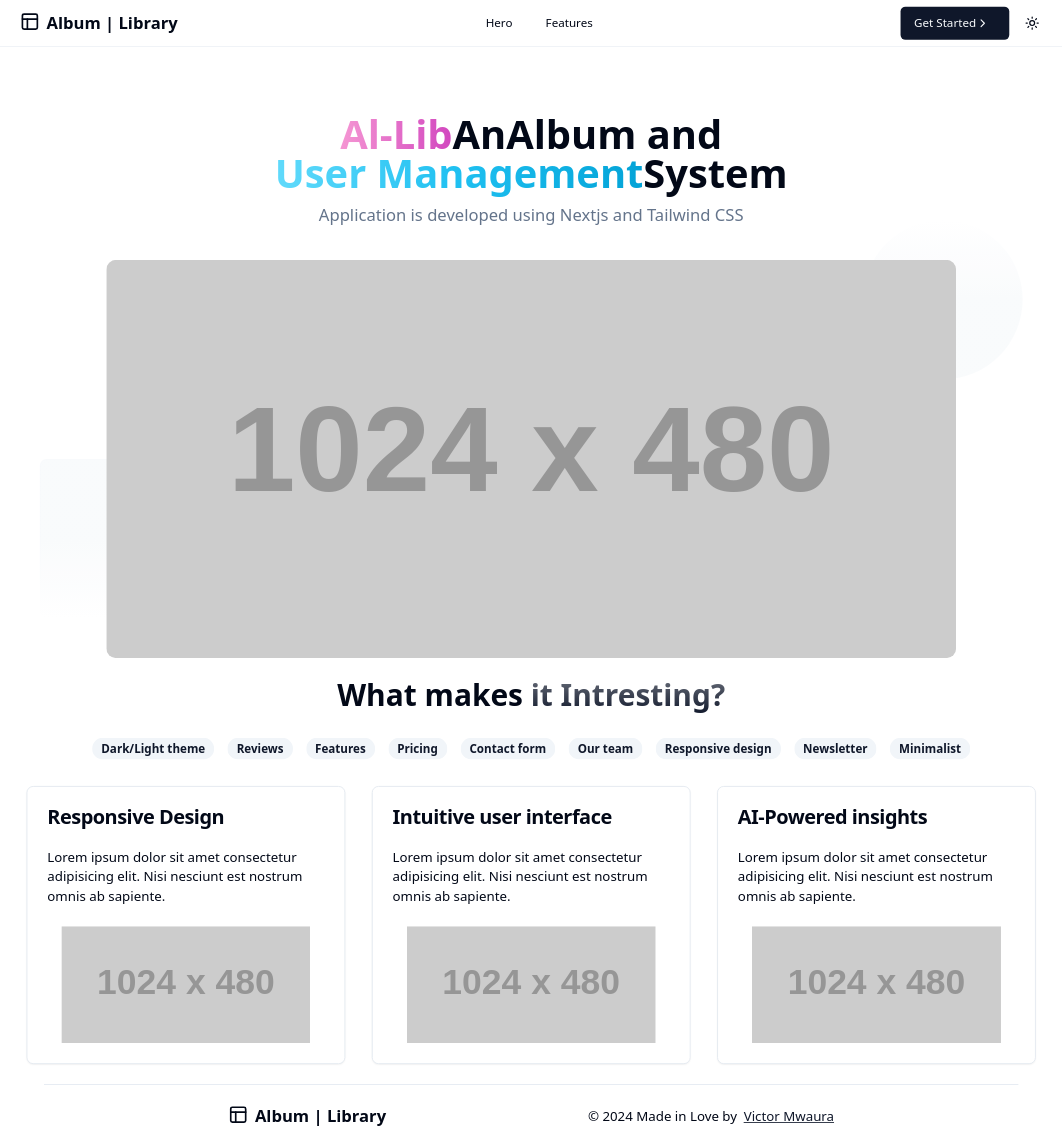
Repository: DevLaukey/savannah-informatics-test
Page: /
The author's editor kept a copy of each file at every save. The page is drawn from the files as they stood at one save, then again after the next save.
The browser window is 1280 px wide. The pictures show the whole page, at 83% of full size.
The page's requests for data from a server got no answer. The project was rebuilt for these pictures with package versions that can differ from the ones it lists, and the page was loaded fresh each time. Some packages were replaced by stand-ins written for this rebuild. The framework's server and built-in components were replaced by stand-ins that run in the browser. No one was signed in, and anything a server would have sent is missing. Also part of the build but not shown: next.config.mjs.

Above is the page before, as saved 2024-06-05 09:39:25.

After the next save:
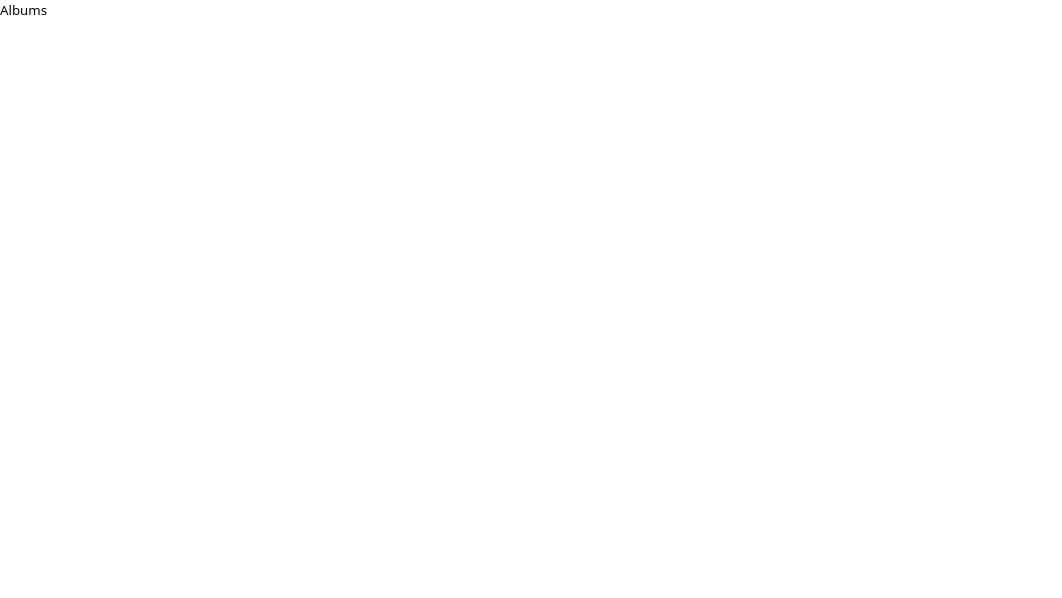
Saved 3 s later.
--- a/app/page.jsx
+++ b/app/page.jsx
@@ -1,3 +1,4 @@
+import Albums from "@/components/Albums/Albums";
 import Footer from "@/components/Footer";
 import About from "@/components/landing-page/About";
 import Hero from "@/components/landing-page/Hero";
@@ -12,13 +13,21 @@ export default async function Home() {
     const user = await getUser();
 
   return (
-    <>
-      <Navbar />
-      <Hero />
-      <About />
-      <Footer />
-      <ScrollToTop />
-    </>
-
+    // check if the user is empty
+    // if the user is empty, show the landing page
+    // if the user is not empty, show the dashboard
+    <div>
+      {user ? (
+        <>
+          <Navbar />
+          <Hero />
+          <About />
+          <Footer />
+          <ScrollToTop />
+        </>
+      ) : (
+        <Albums />
+      )}
+    </div>
   );
 }

After the save that followed:
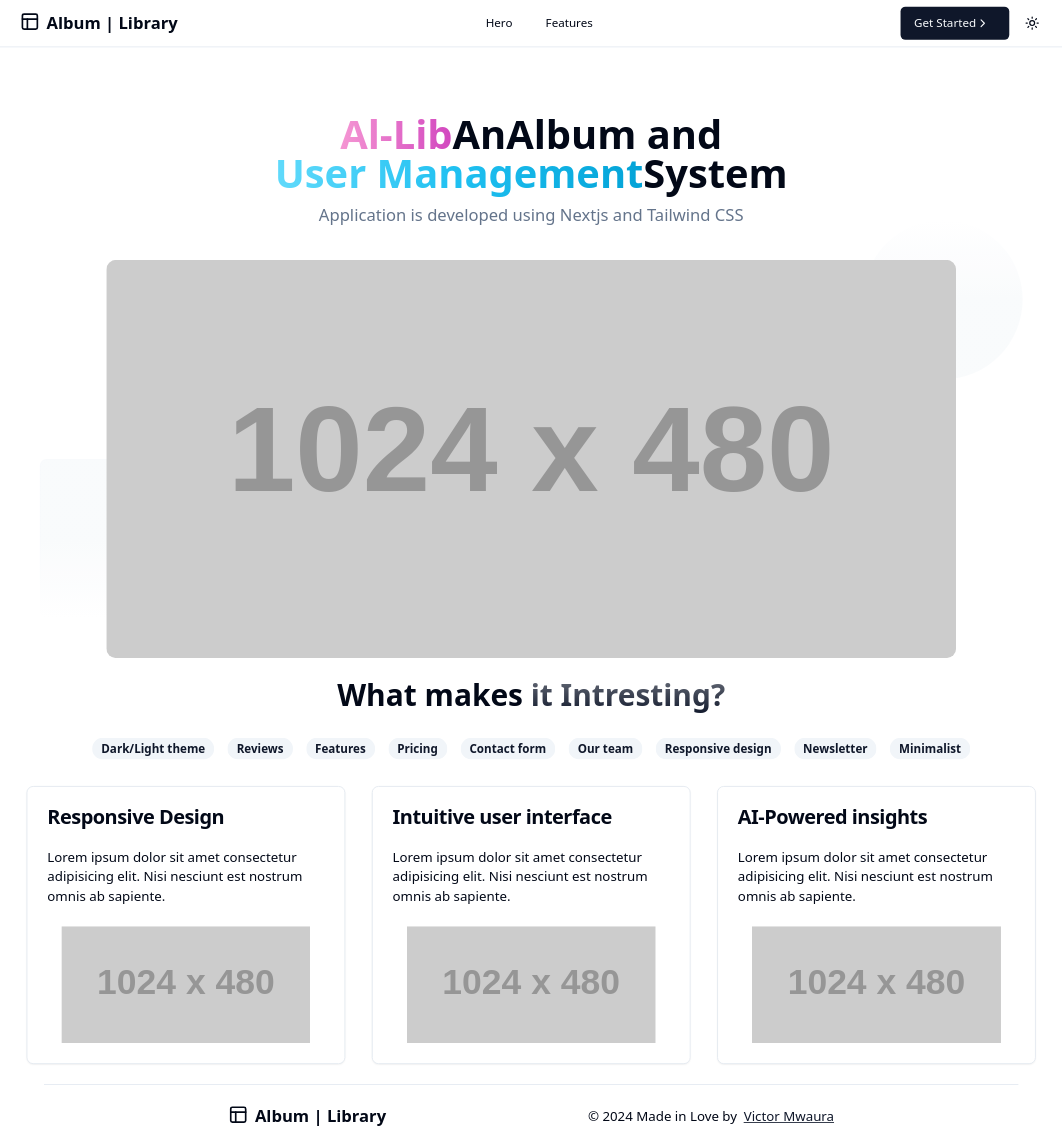
Saved 32 s later.
--- a/app/page.jsx
+++ b/app/page.jsx
@@ -18,6 +18,8 @@ export default async function Home() {
     // if the user is not empty, show the dashboard
     <div>
       {user ? (
+        <Albums />
+      ) : (
         <>
           <Navbar />
           <Hero />
@@ -25,8 +27,6 @@ export default async function Home() {
           <Footer />
           <ScrollToTop />
         </>
-      ) : (
-        <Albums />
       )}
     </div>
   );
